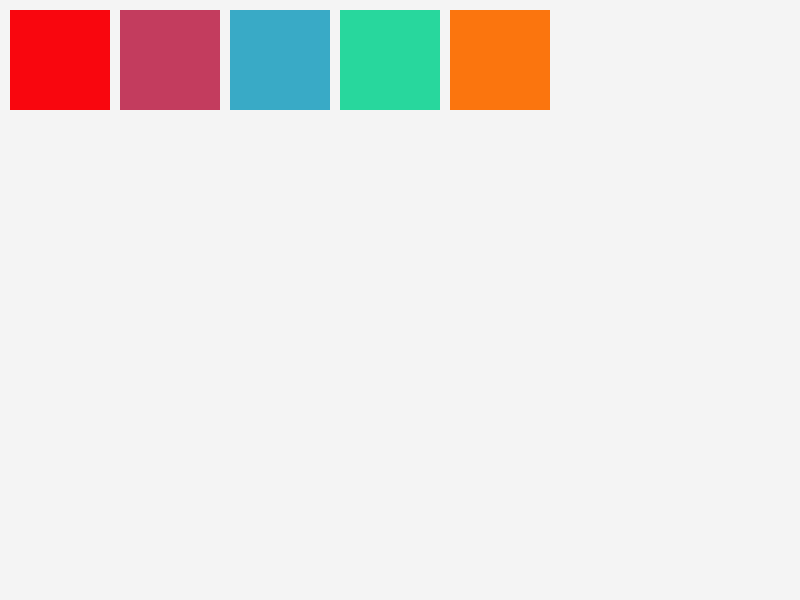
Repository: fredoluzjr/Java-Udemy
Program's window: java Workspace/exercicios-javafx/src/layout/AppLayout.java
An editor plug-in stored every save of this project. The program's window is shown before and after the next save, followed by the edit.
It runs on Java 21 on a 1366 x 768 screen with JavaFX 11; the title bar is not drawn.

Above is the program's window before, as saved 2021-07-08 23:21:30.

### Workspace/exercicios-javafx/src/layout/AppLayout.java
package layout;

import javafx.application.Application;
import javafx.scene.Parent;
import javafx.scene.Scene;
import javafx.stage.Stage;

public class AppLayout extends Application{

	@Override
	public void start(Stage primaryStage) throws Exception {
		Parent raiz = null;

		raiz = new TesteAnchorPane();
		raiz = new TesteBorderPane();
		raiz = new TesteFlowPane();

		//Scene principal = new Scene(new TesteAnchorPane(), 800, 600);
		Scene principal = new Scene(raiz, 800, 600);

		primaryStage.setScene(principal);
		primaryStage.setTitle("Gerenciadores de Layout");
		primaryStage.show();
	}

	public static void main(String[] args) {
		launch(args);
	}
}

### Workspace/exercicios-javafx/src/layout/TesteFlowPane.java
package layout;

import javafx.geometry.Insets;
import javafx.scene.layout.FlowPane;

public class TesteFlowPane extends FlowPane{

	public TesteFlowPane() {
		Quadrado q1 = new Quadrado();
		Quadrado q2 = new Quadrado();
		Quadrado q3 = new Quadrado();
		Quadrado q4 = new Quadrado();
		Quadrado q5 = new Quadrado();

		setHgap(10);
		setVgap(10);
		setPadding(new Insets(10));

		getChildren().addAll(q1, q2, q3, q4, q5);
	}
}

### Workspace/exercicios-javafx/src/layout/TesteAnchorPane.java
package layout;

import javafx.geometry.Pos;
import javafx.scene.layout.AnchorPane;
import javafx.scene.layout.HBox;

public class TesteAnchorPane extends AnchorPane{

	public TesteAnchorPane() {

		Quadrado q1 = new Quadrado();
		setTopAnchor(q1, 10.0);
		setLeftAnchor(q1, 10.0);

		Quadrado q2 = new Quadrado();
		setTopAnchor(q2, 10.0);
		setRightAnchor(q2, 10.0);

		Quadrado q3 = new Quadrado();
		setBottomAnchor(q3, 10.0);
		setLeftAnchor(q3, 10.0);

		Quadrado q4 = new Quadrado();
		setBottomAnchor(q4, 10.0);
		setRightAnchor(q4, 10.0);

		HBox centro = new HBox();
		centro.setAlignment(Pos.CENTER);
		setTopAnchor(centro, 110.0);
		setBottomAnchor(centro, 110.0);
		setLeftAnchor(centro, 110.0);
		setRightAnchor(centro, 110.0);

		Quadrado q5 = new Quadrado();
		centro.getChildren().add(q5);

		getChildren().addAll(q1, q2, q3, q4, centro);
	}
}

### Workspace/exercicios-javafx/src/layout/Quadrado.java
package layout;

import javafx.scene.paint.Color;
import javafx.scene.shape.Rectangle;

public class Quadrado extends Rectangle {

private static int i = 0;

	public String[] cores = {
		"#c33c5e", "#39aac6", "#28d79d",
		"#fb750e", "#6657a8", "#f9060e"
	};

	public Quadrado() {
		this(100, 100);
	}

	public Quadrado(int largura, int altura) {

		setWidth(largura);
		setHeight(altura);

		setFill(Color.web(cores[i]));

		i++;
		if(i == 6) i = 0;
	}
	}

### Workspace/exercicios-javafx/src/layout/TesteBorderPane.java
package layout;

import javafx.scene.layout.BorderPane;

public class TesteBorderPane extends BorderPane{

	public TesteBorderPane() {

		Caixa c1 = new Caixa().comTexto("Topo");
		setTop(c1);

		Caixa c2 = new Caixa().comTexto("Esquerda");
		setLeft(c2);

		Caixa c3 = new Caixa().comTexto("Direita");
		setRight(c3);

		Caixa c4 = new Caixa().comTexto("Fundo");
		setBottom(c4);

		Caixa c5 = new Caixa().comTexto("Área Central");
		setCenter(c5);
	}
}

### Workspace/exercicios-javafx/src/layout/Caixa.java
package layout;

import javafx.geometry.Insets;
import javafx.geometry.Pos;
import javafx.scene.control.Label;
import javafx.scene.layout.Background;
import javafx.scene.layout.BackgroundFill;
import javafx.scene.layout.CornerRadii;
import javafx.scene.layout.HBox;
import javafx.scene.paint.Color;
import javafx.scene.text.Font;

public class Caixa extends HBox {

	private static int i = 0;

	public String[] cores = {
		"#c33c5e", "#39aac6", "#28d79d",
		"#fb750e", "#6657a8", "#f9060e"
	};

	public Caixa() {
		this(100, 100);
	}

	public Caixa(int largura, int altura) {
		setAlignment(Pos.CENTER);

		setMinWidth(largura);
		setMinHeight(altura);

		BackgroundFill fill = new BackgroundFill(Color.web(cores[i]), CornerRadii.EMPTY, Insets.EMPTY);
		setBackground(new Background(fill));

		i++;
		if(i == 6) i = 0;
	}

	public Caixa comTexto(String texto) {
		Label label = new Label(texto);
		label.setFont(new Font(24));
		getChildren().add(label);
		return this;
	}
}

After the next save:
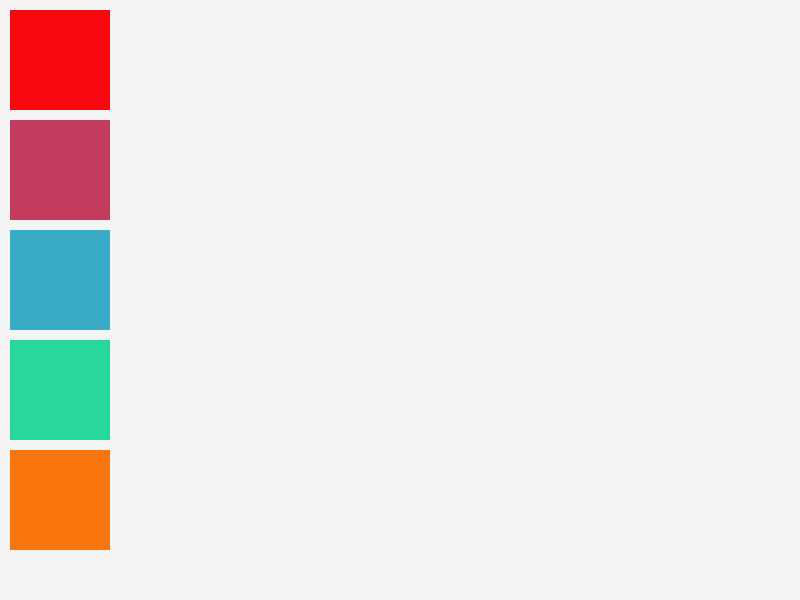
Saved 38 s later.
--- a/Workspace/exercicios-javafx/src/layout/TesteFlowPane.java
+++ b/Workspace/exercicios-javafx/src/layout/TesteFlowPane.java
@@ -1,6 +1,7 @@
 package layout;
 
 import javafx.geometry.Insets;
+import javafx.geometry.Orientation;
 import javafx.scene.layout.FlowPane;
 
 public class TesteFlowPane extends FlowPane{
@@ -16,6 +17,8 @@
 		setVgap(10);
 		setPadding(new Insets(10));
 
+		setOrientation(Orientation.VERTICAL);
+
 		getChildren().addAll(q1, q2, q3, q4, q5);
 	}
 }
